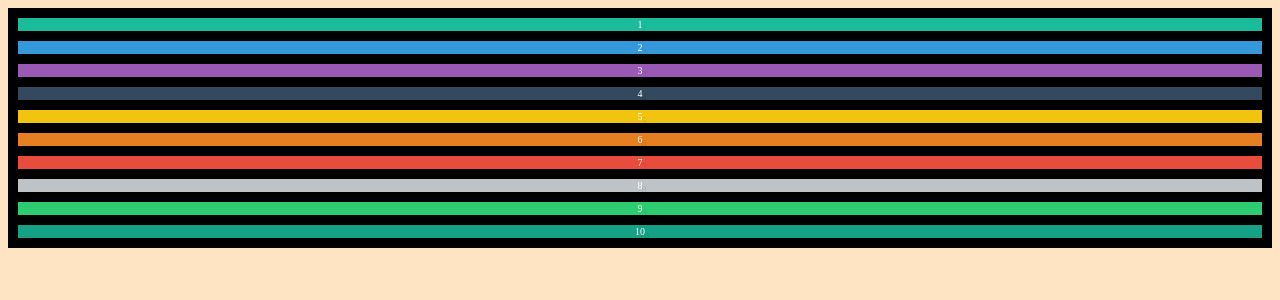
Repository: noahcallen/LAB-calculator
Page: index.html
These files come from the project's save history. The page is drawn as it stood at one moment and after the next save; the edit follows.
The browser window is 1280 px wide. The pictures show the whole page.

Above is the page before, as saved 2024-07-09 21:31:53.

### index.html
<!DOCTYPE html>
<html lang="en">
<head>
  <meta charset="UTF-8">
  <meta name="viewport" content="width=device-width, initial-scale=1.0">
  <title>Document</title>
  <link rel="stylesheet" href="main.css">
  <meta name="viewport" content="width=device-width, initial-scale=1">
</head>
<body>
  <!-- box for calculator outline -->
  <div class="outline">
    <div class="container">
      <div class="box box1">1</div>
      <div class="box box2">2</div>
      <div class="box box3">3</div>
      <div class="box box4">4</div>
      <div class="box box5">5</div>
      <div class="box box6">6</div>
      <div class="box box7">7</div>
      <div class="box box8">8</div>
      <div class="box box9">9</div>
      <div class="box box10">10</div>
    </div>
    <!-- close outline -->
  </div>




  <script src="main.js"></script>
  <!-- import js bootstrap -->
  <script src="https://cdn.jsdelivr.net/npm/bootstrap@5.3.3/dist/js/bootstrap.bundle.min.js" integrity="sha384-YvpcrYf0tY3lHB60NNkmXc5s9fDVZLESaAA55NDzOxhy9GkcIdslK1eN7N6jIeHz" crossorigin="anonymous"></script>
</body>
</html>

### main.css
body {
  background-color: bisque;
}

.outline {
  border: solid 5px black;
}

.box1 { background:#1abc9c;}
.box2 { background:#3498db;}
.box3 { background:#9b59b6;}
.box4 { background:#34495e;}
.box5 { background:#f1c40f;}
.box6 { background:#e67e22;}
.box7 { background:#e74c3c;}
.box8 { background:#bdc3c7;}
.box9 { background:#2ecc71;}
.box10 { background:#16a085;}

/* Some default styles to make each box visible */
.box {
  border: solid 5px black;
  color:white;
  font-size: 10px;
  text-align: center;
  text-shadow:4px 4px 0 rgba(0,0,0,0.1);
  padding:1px;
}

/* We start writing out flexbox here. The above is just page setup */
.container {
}

Loaded but not shown: main.js (no stored copy; drawn as an empty file)

After the next save:
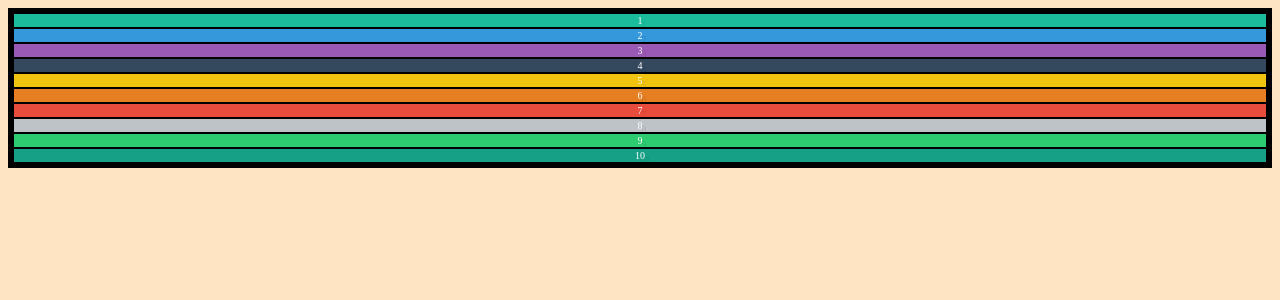
Saved 13 s later.
--- a/main.css
+++ b/main.css
@@ -19,7 +19,7 @@ body {
 
 /* Some default styles to make each box visible */
 .box {
-  border: solid 5px black;
+  border: solid 1px black;
   color:white;
   font-size: 10px;
   text-align: center;
